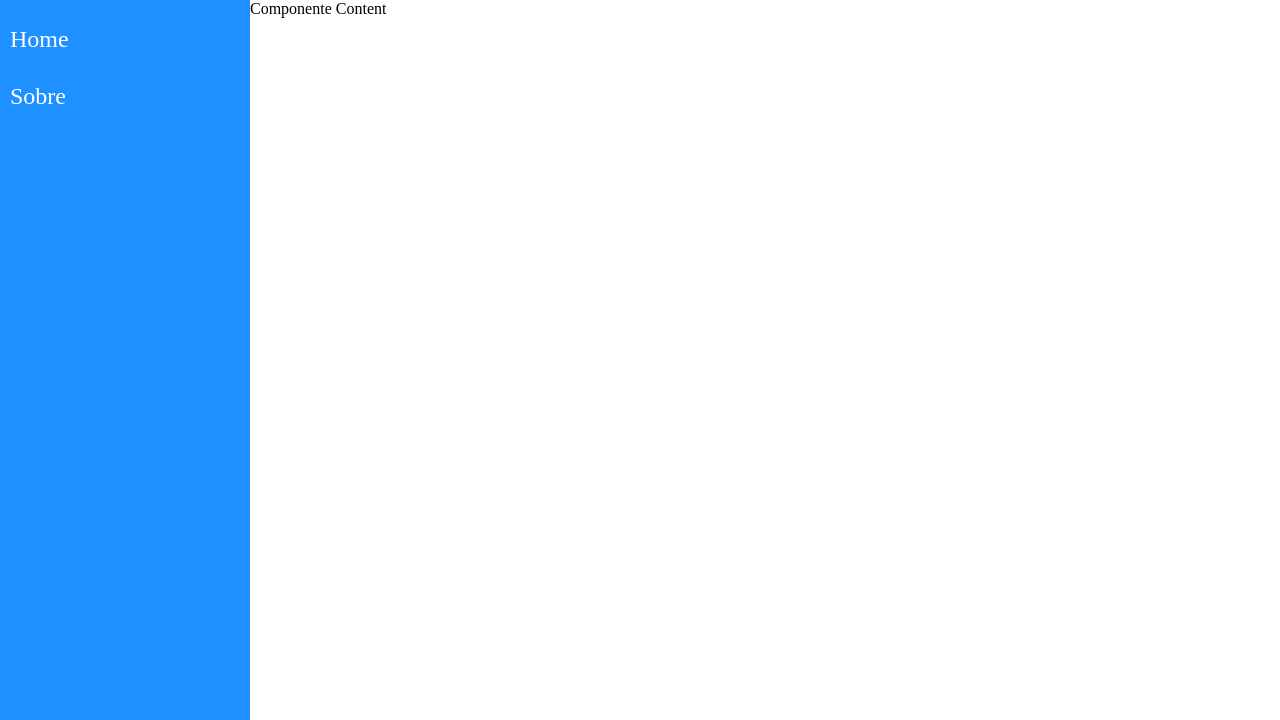
Repository: jean-siqueira/react-navegacao
Page: /
The author's editor kept a copy of each file at every save. The page is drawn from the files as they stood at one save, then again after the next save.
The browser window is 1280 px wide. The pictures show the whole page.
The pointer rests on the first visible `.Menu li a`.
The project was rebuilt for these pictures with package versions that can differ from the ones it lists, and the page was loaded fresh each time.

Above is the page before, as saved 2023-03-27 08:18:10.

### src/index.js
import './index.css';
import React from "react";
import  ReactDOM  from "react-dom";
import App from "./views/App";

ReactDOM.render(
    <App/>,
    document.getElementById('root')

)

### src/views/App.jsx
import Content from '../components/layout/Content';
import Menu from '../components/layout/Menu';
import './App.css'
import React from "react";

const App = props => (
    <div className="App">
        <Menu />
        <Content />
    </div>
)

export default App

### src/components/layout/Content.jsx
import './Menu.css'
import React from "react";

const Content = props => (
    <main className="Content">
        Componente Content
    </main>
)

export default Content

### src/components/layout/Menu.jsx
import './Menu.css'
import React from "react";

const Menu = props => (
    <aside className="Menu">
        <nav>
            <ul>
                <li>
                    <a href="/">Home</a>
                </li>
                <li>
                    <a href="/">Sobre</a>
                </li>
            </ul>
        </nav>
    </aside>
)

export default Menu

### src/components/layout/Menu.css
.Menu {
    display: flex;
    flex-basis: 250px;
    background-color: dodgerblue;
}

.Menu nav {
    flex: 1;
}

.Menu ul {
    list-style: none;
    padding: 0;
}

.Menu li {
    display: flex;
}

.Menu li a {
    flex: 1;
    padding: 10px;
    margin-bottom: 10px;

    text-decoration: none;
    color: #fff;
    font-size: 1.5rem;
}

Loaded but not shown: public/index.html (common file); src/index.css (common file); src/views/App.css (common file); public/manifest.json (common file)

After the next save:
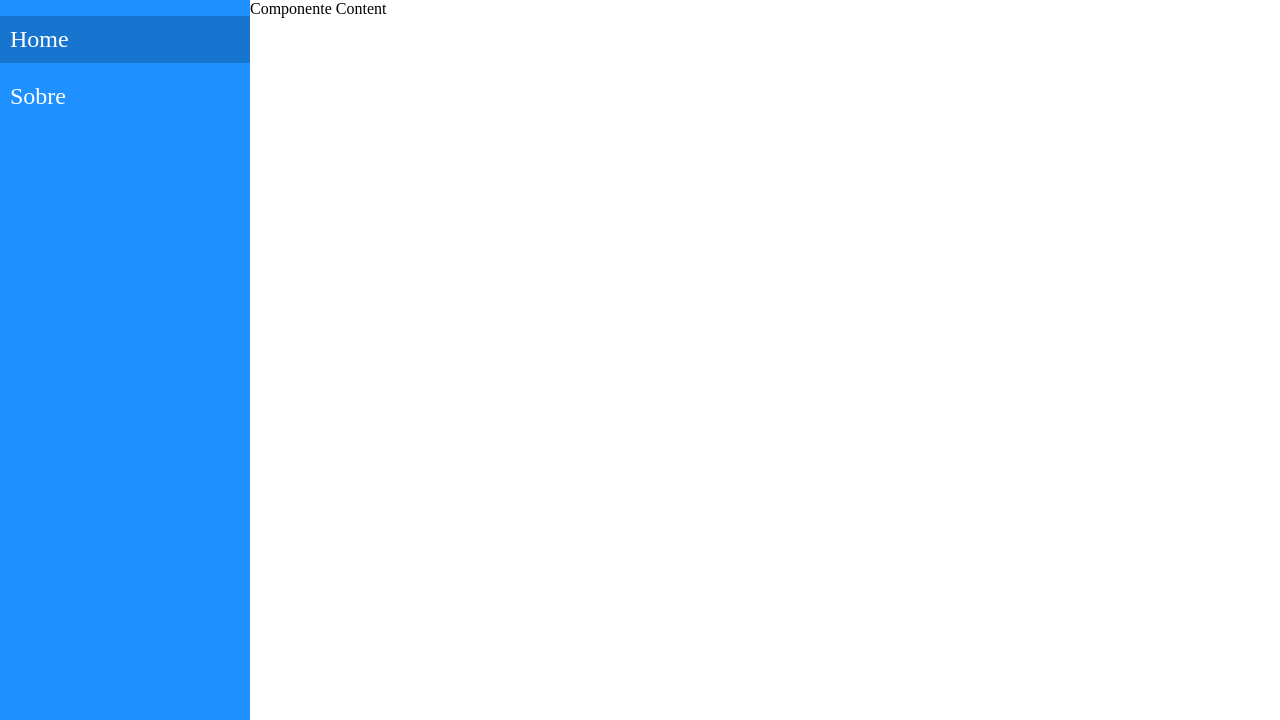
Saved 47 s later.
--- a/src/components/layout/Menu.css
+++ b/src/components/layout/Menu.css
@@ -26,3 +26,7 @@
     color: #fff;
     font-size: 1.5rem;
 }
+
+.Menu li a:hover{
+    background-color: #00000030;
+}
